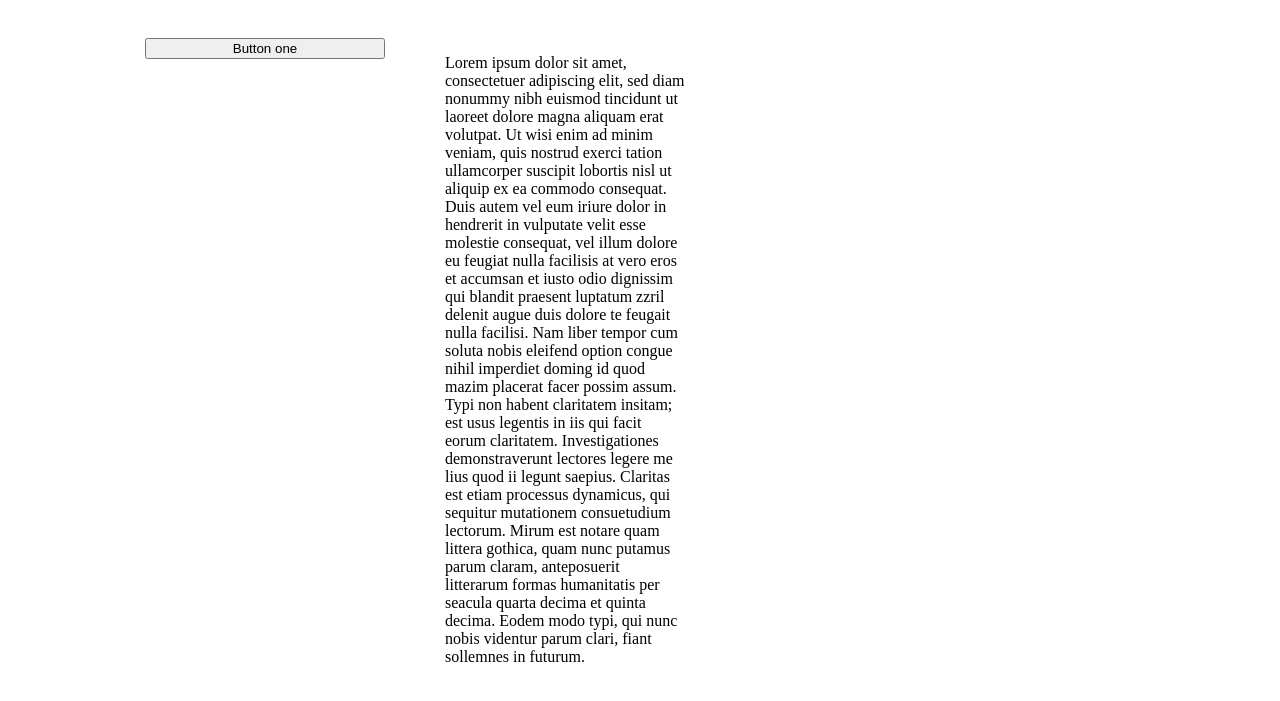
Repository: PeterKellett/the-importance-of-this
Page: index.html
The author's editor kept a record of every edit. The page is drawn from the files as they stood at one moment, then again after the next edit.
The browser window is 1280 px wide. The pictures show the whole page.

Above is the page before.

After the next edit:
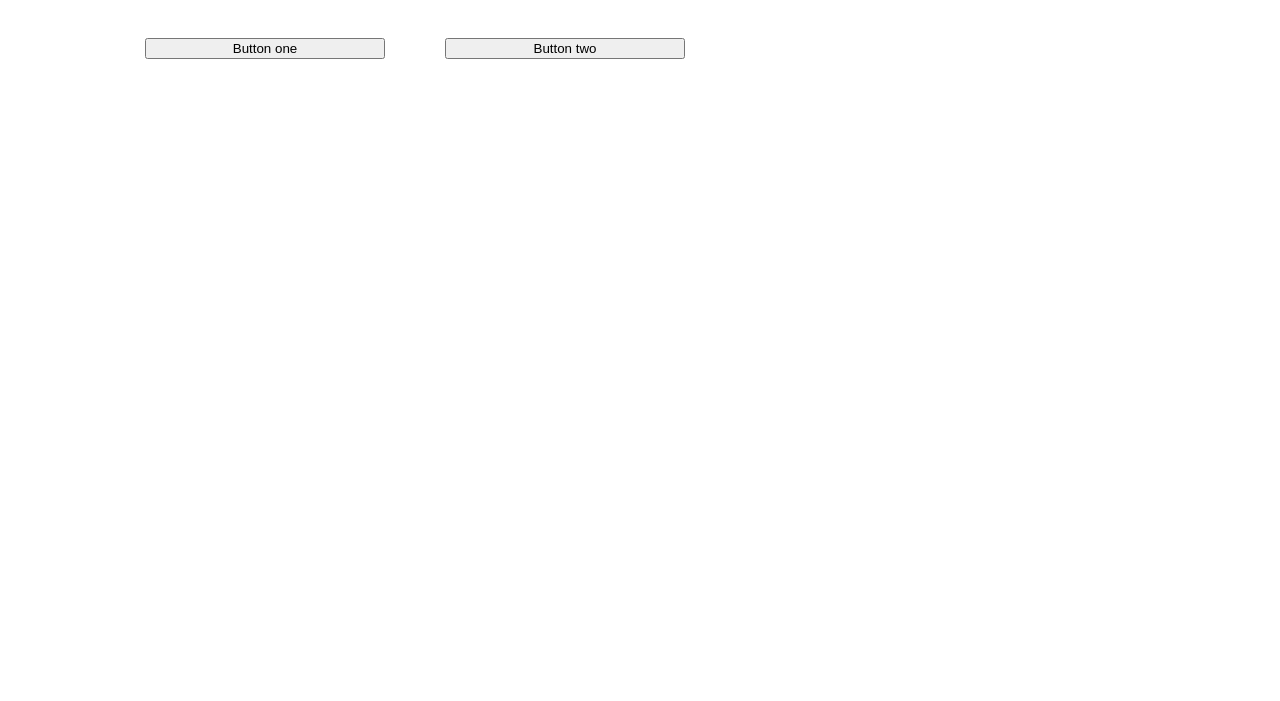
The edit:
--- a/index.html
+++ b/index.html
@@ -16,11 +16,7 @@
             <button>Button one</button>
         </div>
         <div class="card">
-            <p>Lorem ipsum dolor sit amet, consectetuer adipiscing elit, sed diam nonummy nibh euismod tincidunt ut laoreet dolore magna aliquam erat volutpat. Ut wisi enim ad minim veniam, quis nostrud exerci tation ullamcorper suscipit lobortis nisl ut
-                aliquip ex ea commodo consequat. Duis autem vel eum iriure dolor in hendrerit in vulputate velit esse molestie consequat, vel illum dolore eu feugiat nulla facilisis at vero eros et accumsan et iusto odio dignissim qui blandit praesent
-                luptatum zzril delenit augue duis dolore te feugait nulla facilisi. Nam liber tempor cum soluta nobis eleifend option congue nihil imperdiet doming id quod mazim placerat facer possim assum. Typi non habent claritatem insitam; est usus
-                legentis in iis qui facit eorum claritatem. Investigationes demonstraverunt lectores legere me lius quod ii legunt saepius. Claritas est etiam processus dynamicus, qui sequitur mutationem consuetudium lectorum. Mirum est notare quam littera
-                gothica, quam nunc putamus parum claram, anteposuerit litterarum formas humanitatis per seacula quarta decima et quinta decima. Eodem modo typi, qui nunc nobis videntur parum clari, fiant sollemnes in futurum.</p>
+            <button>Button two</button>
         </div>
     </div>
     <script type="text/javascript" src="js/script.js"></script>
